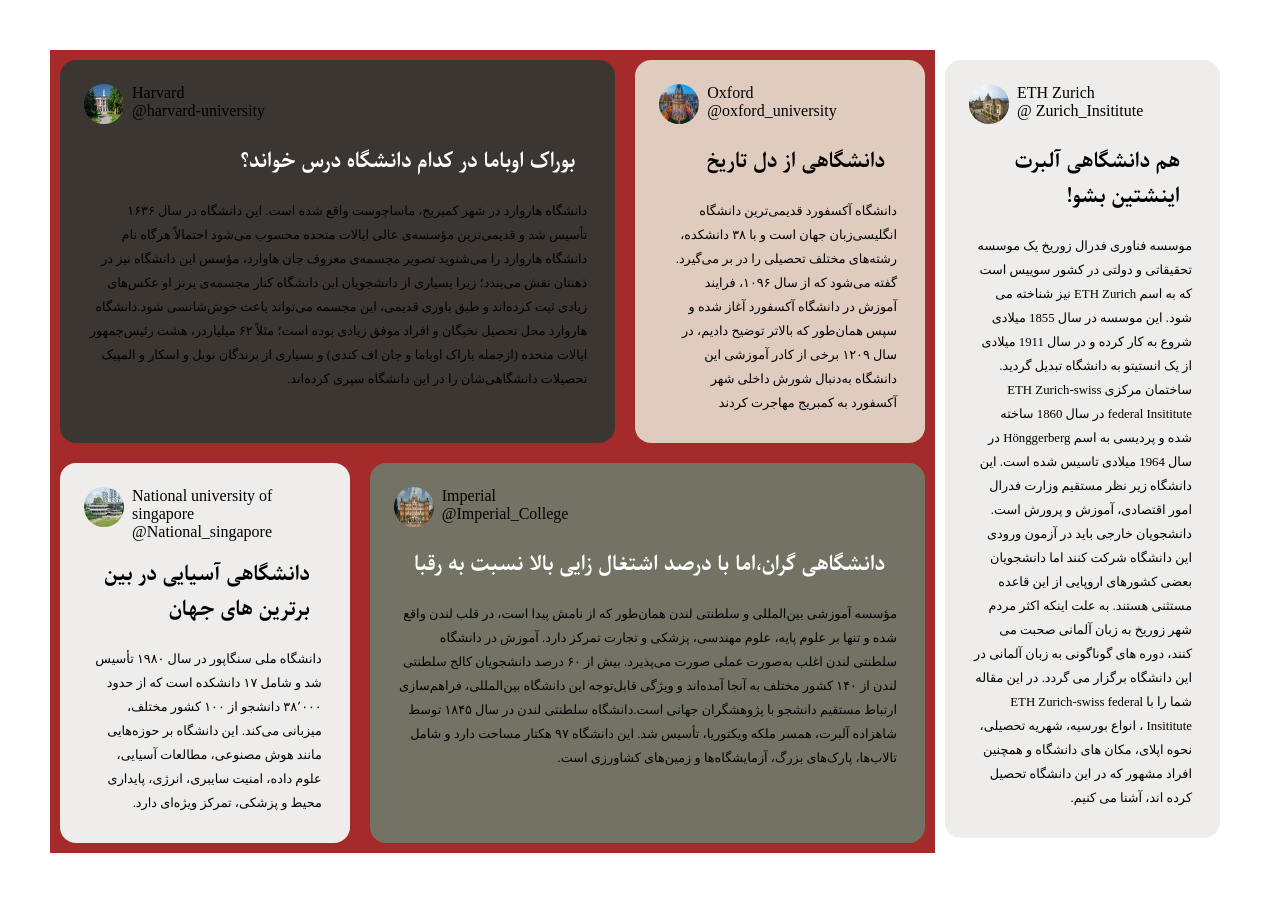
Repository: rahanwz/cards
Page: cards.html
These files come from the project's save history. The page is drawn as it stood at one moment and after the next save; the edit follows.
The browser window is 1280 px wide. The pictures show the whole page.

Above is the page before, as saved 2024-02-17 15:53:42.

After the next save:
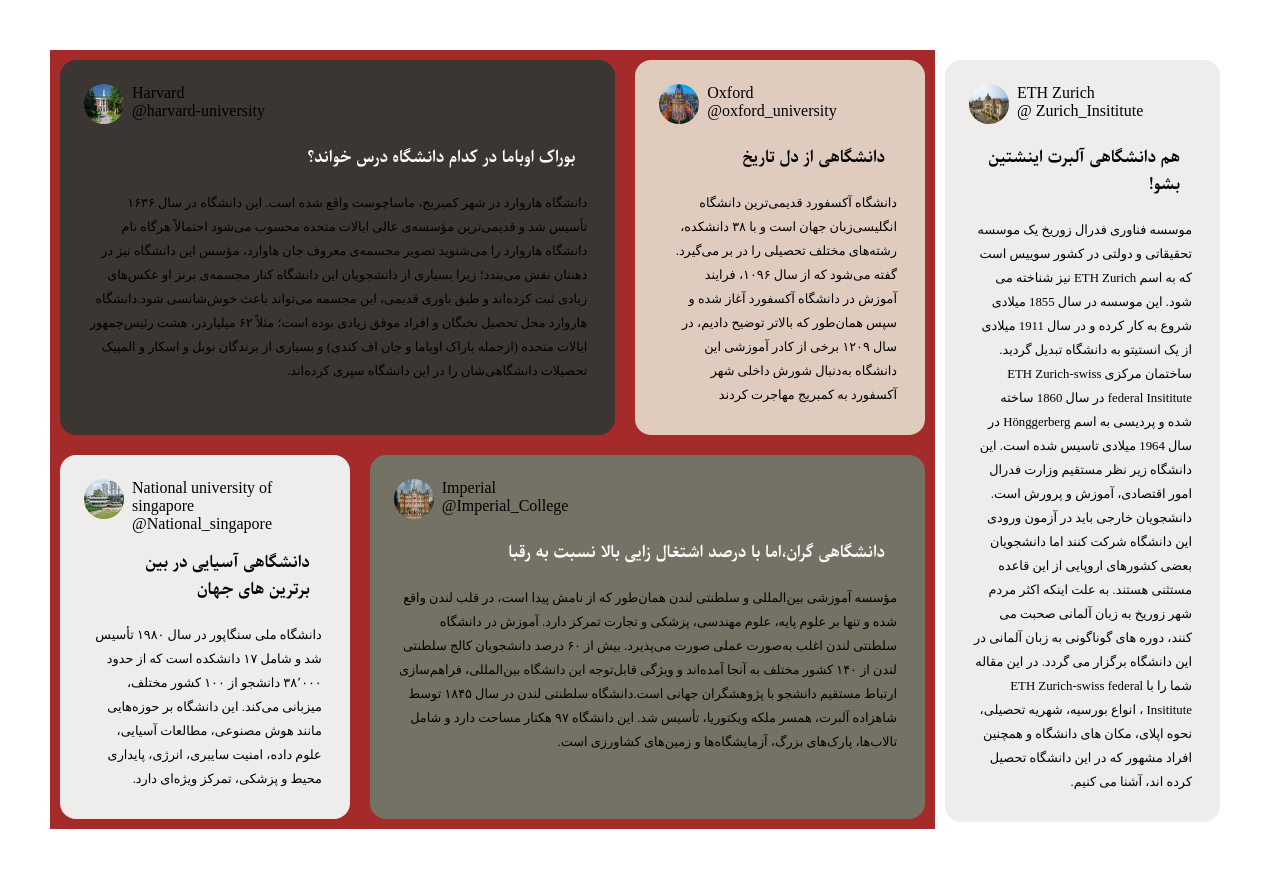
Saved 4 s later.
--- a/cards.css
+++ b/cards.css
@@ -96,7 +96,7 @@
 }
 
 .descrip1{
- font-size:1.25rem;
+ font-size:1rem;
  padding: 1rem;
  font-family: titr;
 }
